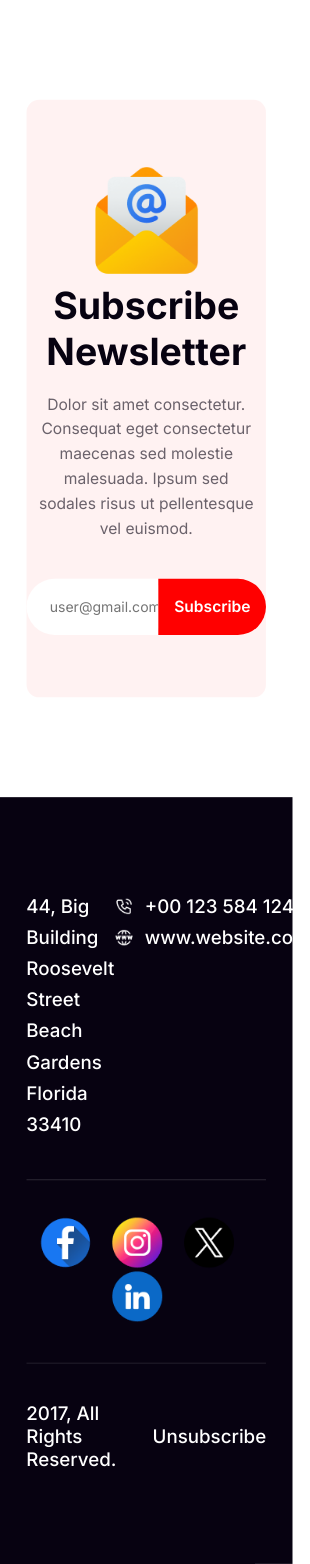
Repository: ShouravAhammed/simple-responsive-new-year
Page: index.html
An editor plug-in stored every save of this project. The page is shown before and after the next save, followed by the edit.
The browser window is 375 px wide. The page is 397 px wide, then 375 px, so the pictures cover 397 px, including what lies to the right of the window. The pictures show the whole page, at 78% of full size.

Above is the page before, as saved 2024-01-11 15:26:04.

After the next save:
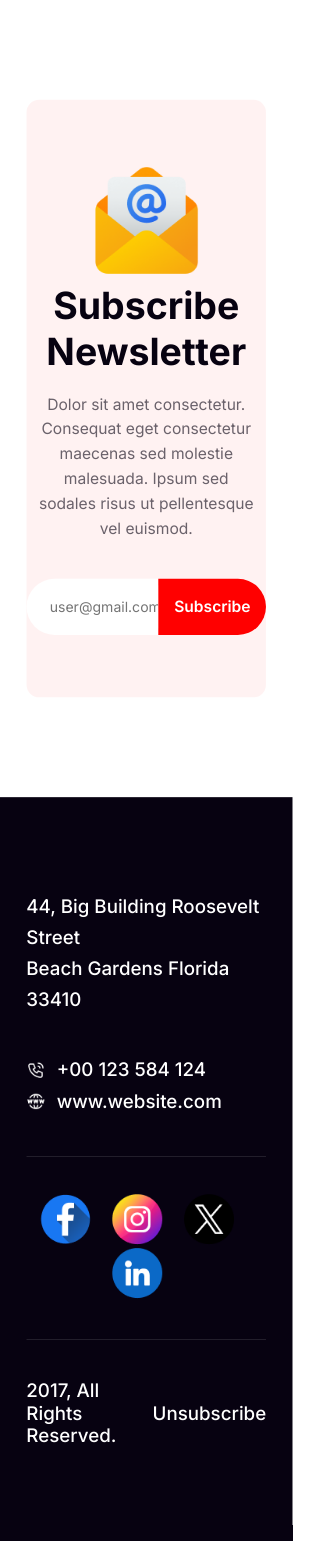
Saved 72 s later.
--- a/Style/style.css
+++ b/Style/style.css
@@ -467,6 +467,8 @@
     }
     .form .subscribe-btn {
         padding: 24px 20px;
-}
-
-}
+    }
+    .footer-describe-part {
+        flex-direction: column;
+    }
+}
